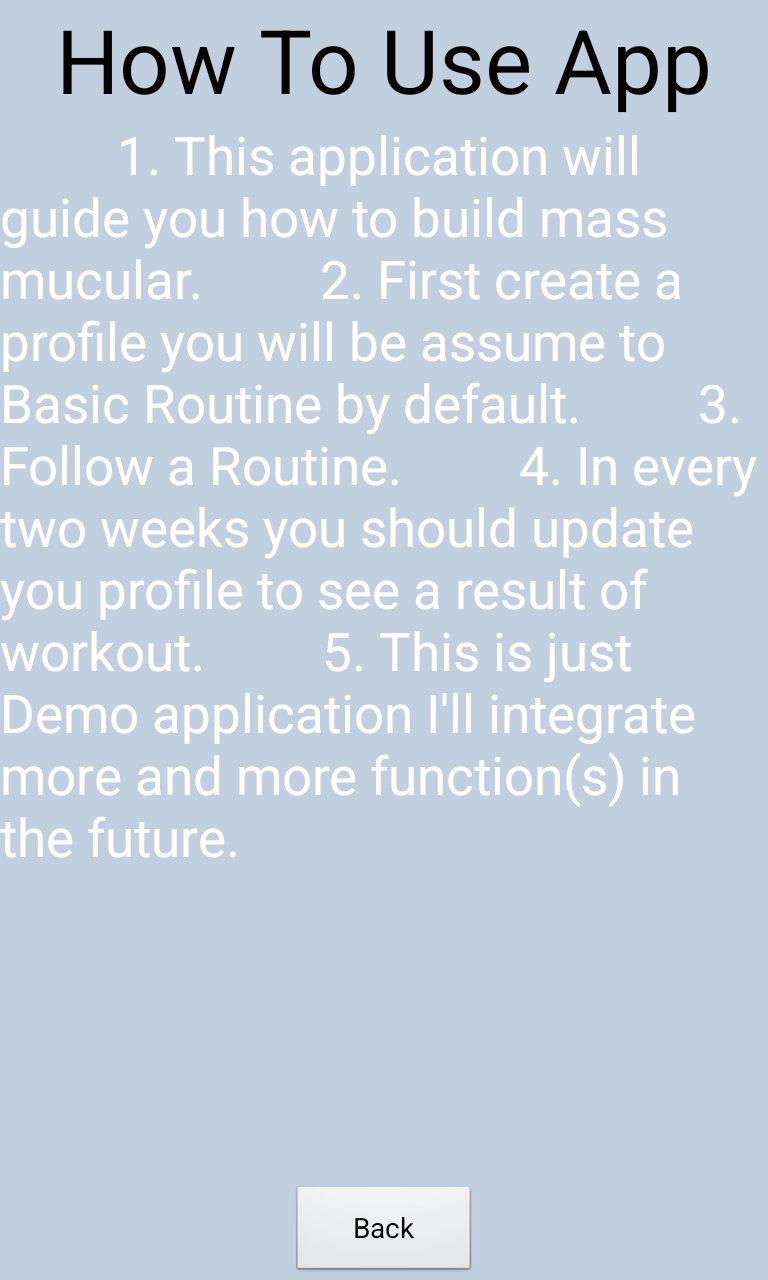
Repository: parinya1968/My-project
Layout: DroidWork/getBig/res/layout/howto.xml
An editor plug-in stored every save of this project. The layout is shown before and after the next save, followed by the edit.
It is drawn on a 768 x 1280 px phone screen (xhdpi) without system bars, with theme android:Theme.NoTitleBar.Fullscreen; the app's code is not run.

Above is the layout before, as saved 2012-06-20 05:22:17.

After the next save:
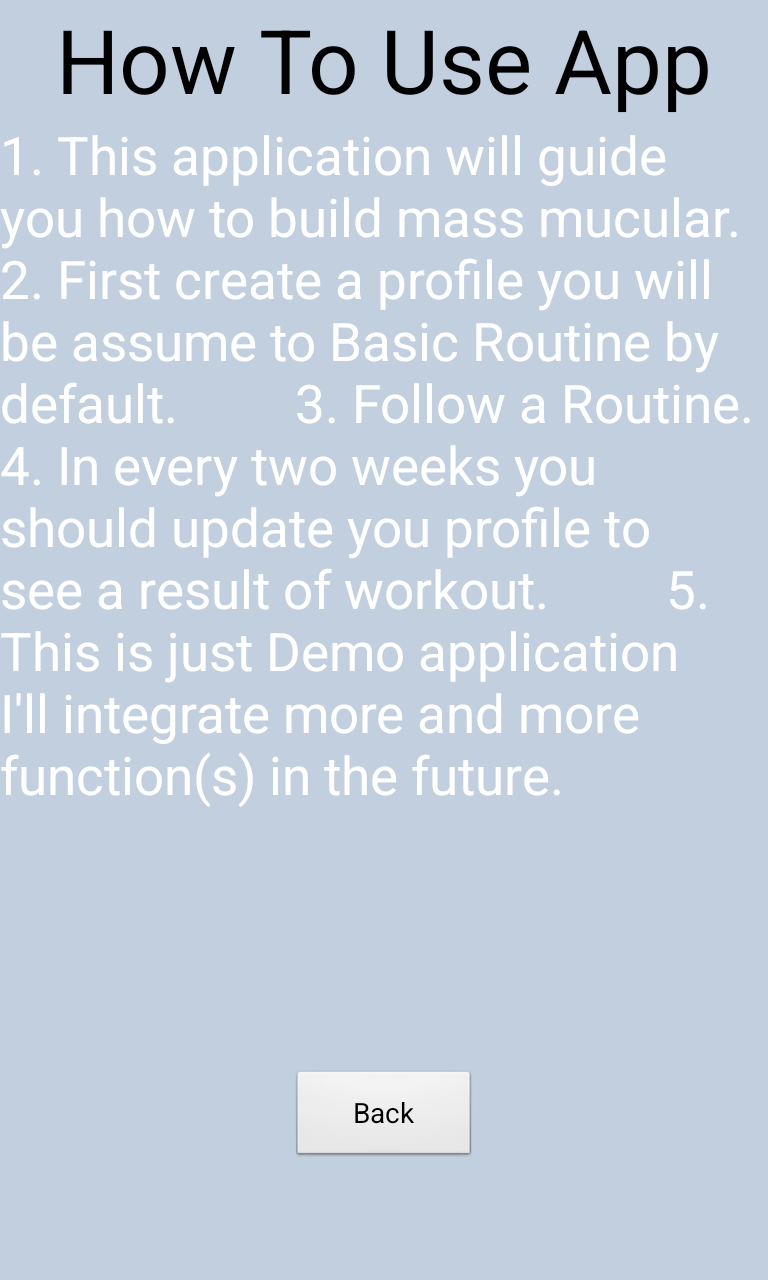
Saved 61 s later.
--- a/DroidWork/getBig/res/layout/howto.xml
+++ b/DroidWork/getBig/res/layout/howto.xml
@@ -13,14 +13,15 @@
         android:textColor="#000000"
         android:textSize="20pt" />
 
+
+
+
     <TextView
         android:id="@+id/textView1"
-        android:layout_width="wrap_content"
-        android:layout_height="wrap_content"
+        android:layout_width="match_parent"
+        android:layout_height="475dp"
         android:layout_gravity="center"
-        android:layout_weight="1.02"
-        android:text="
-        1. This application will guide you how to build mass mucular.
+        android:text="1. This application will guide you how to build mass mucular.
         2. First create a profile you will be assume to Basic Routine by default.
         3. Follow a Routine.
         4. In every two weeks you should update you profile to see a result of workout.
